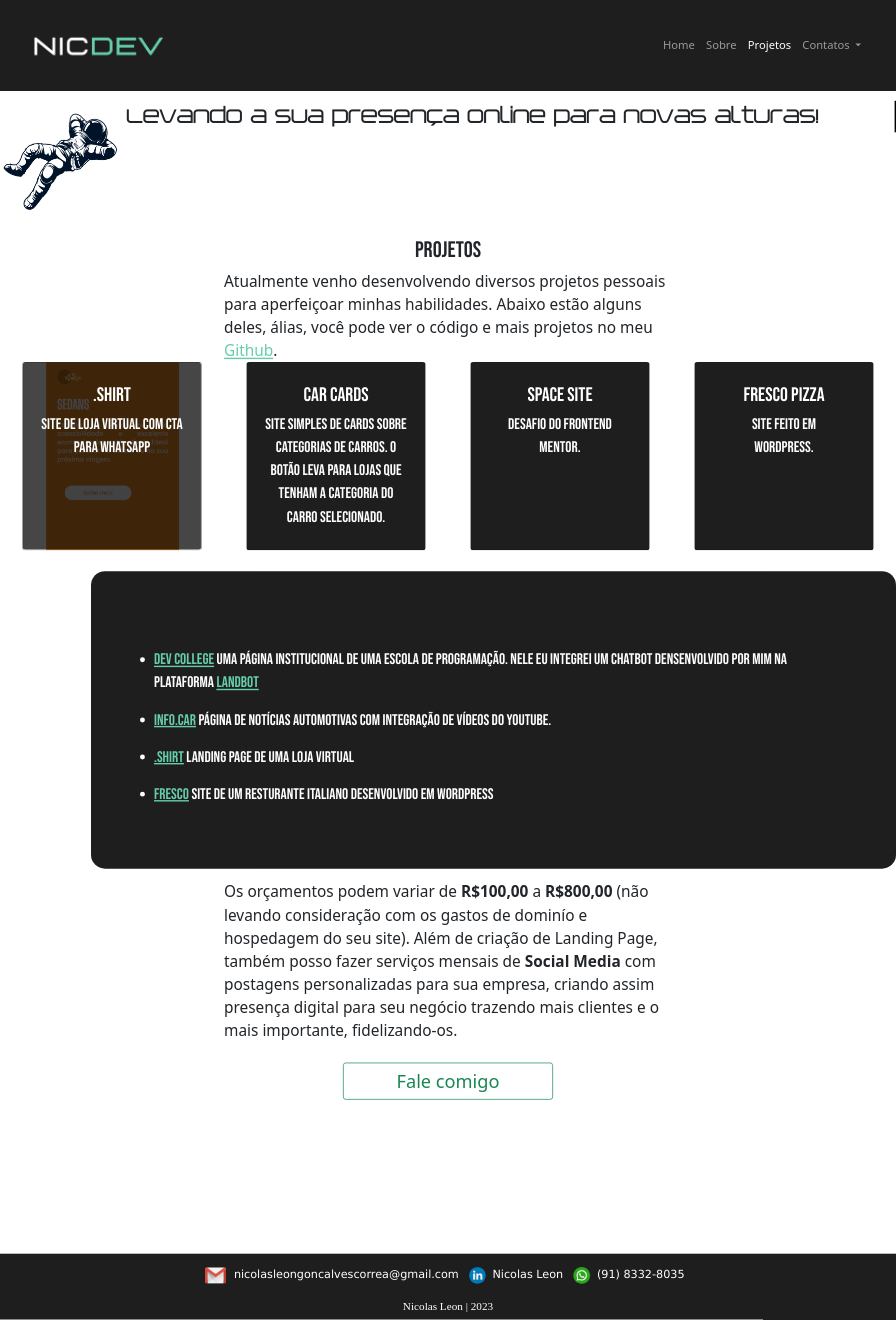
Repository: Leonngc/nicdev
Page: projects.html
The author's editor kept a copy of each file at every save. The page is drawn from the files as they stood at one save, then again after the next save.
The browser window is 1280 px wide. The pictures show the whole page, at 70% of full size.

Above is the page before, as saved 2023-06-04 23:10:15.

After the next save:
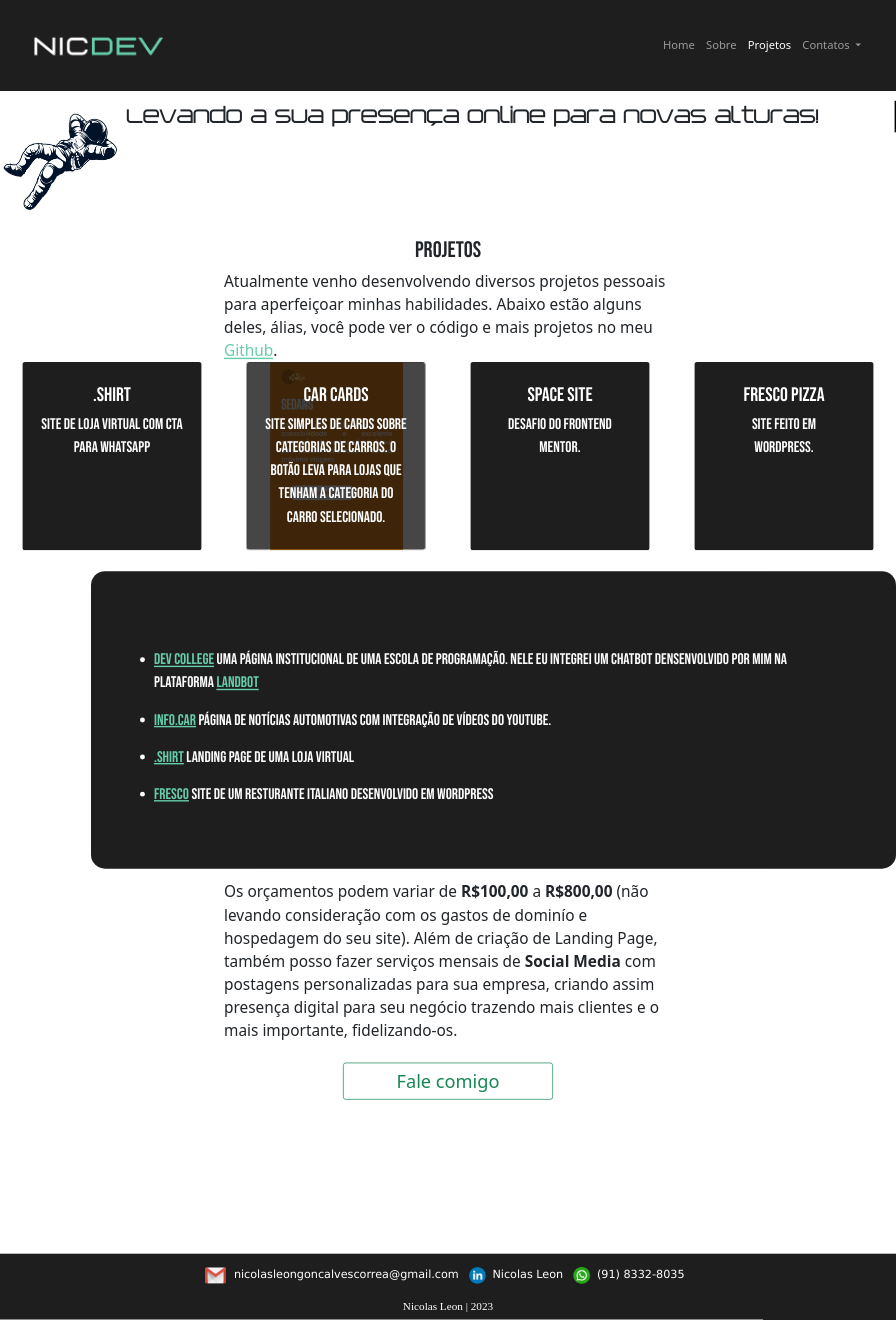
Saved 6 s later.
--- a/styles/projects.css
+++ b/styles/projects.css
@@ -114,7 +114,9 @@ li > img{
   filter: opacity(10%);
 }
 
-#card-0{
+
+
+#card-1{
   background-image: url(../images/carcards.png);
   background-repeat: no-repeat;
   background-size: cover;
